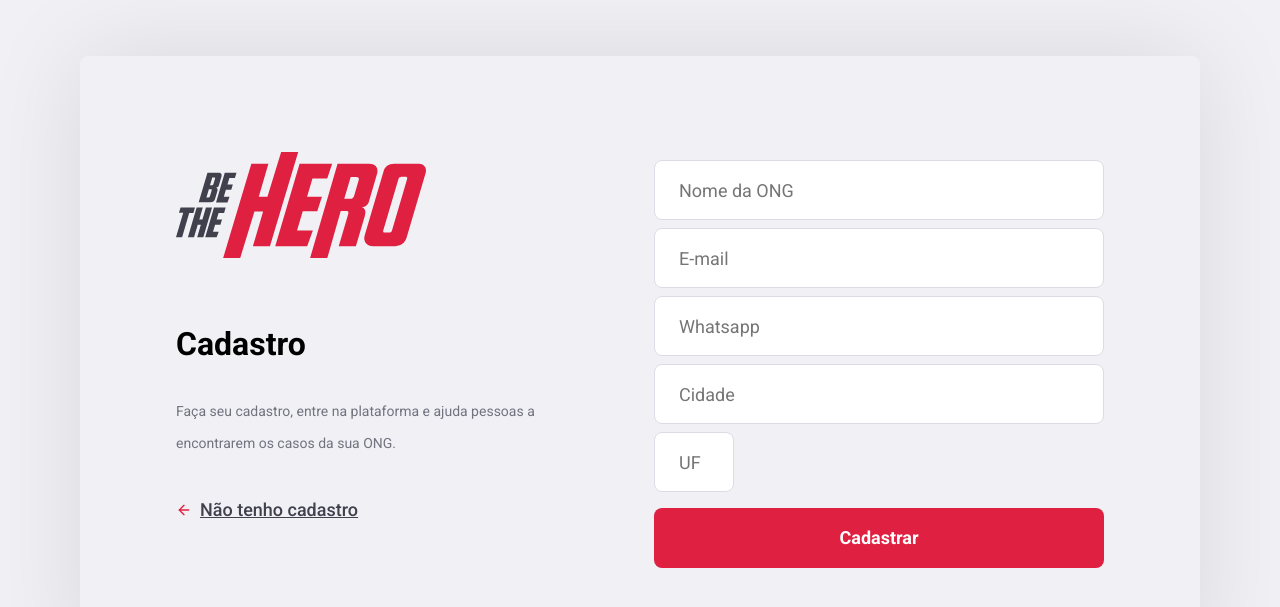
Repository: s7Thiago/semana-omnistack-11.0
Page: /register (app in front-end/)
These files come from the project's save history. The page is drawn as it stood at one moment and after the next save; the edit follows.
The browser window is 1280 px wide. The pictures show the whole page.
The project was rebuilt for these pictures with package versions that can differ from the ones it lists, and the page was loaded fresh each time. Also part of the build but not shown: front-end/src/pages/Logon/styles.css, front-end/src/pages/Logon/index.js.

Above is the page before, as saved 2020-03-26 22:42:35.

After the next save:
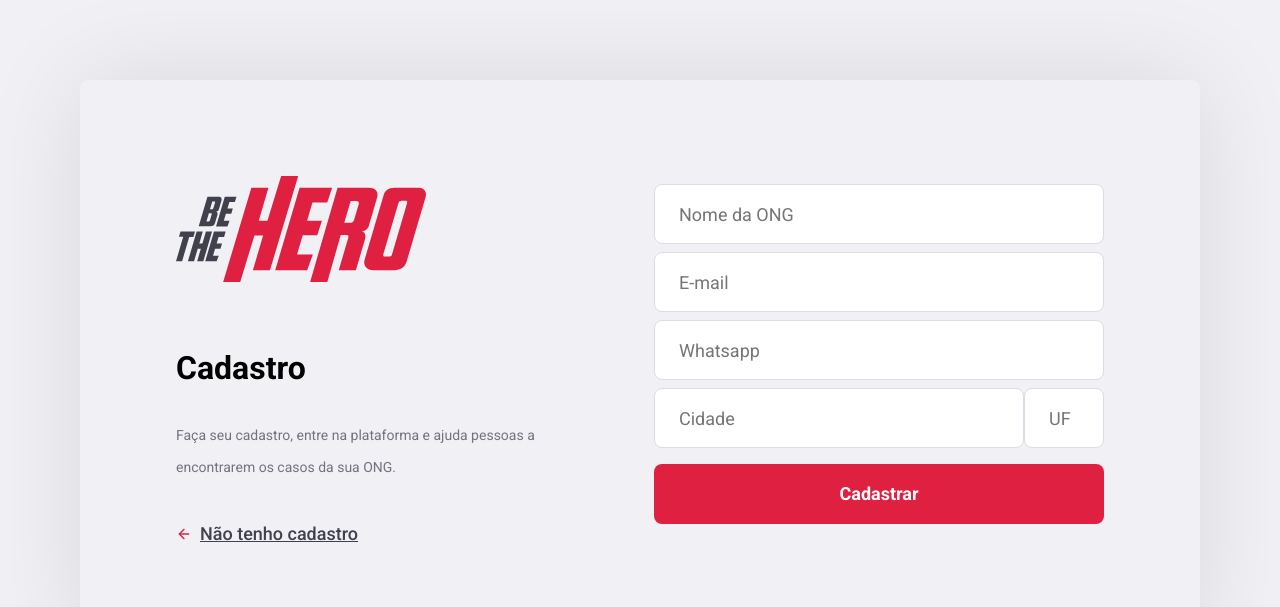
Saved 52 s later.
--- a/front-end/src/pages/Register/styles.css
+++ b/front-end/src/pages/Register/styles.css
@@ -45,3 +45,7 @@
 .register-container .content form input {
     margin-top: 8px;
 }
+
+.register-container .content form .input-group{
+    display: flex;
+}
